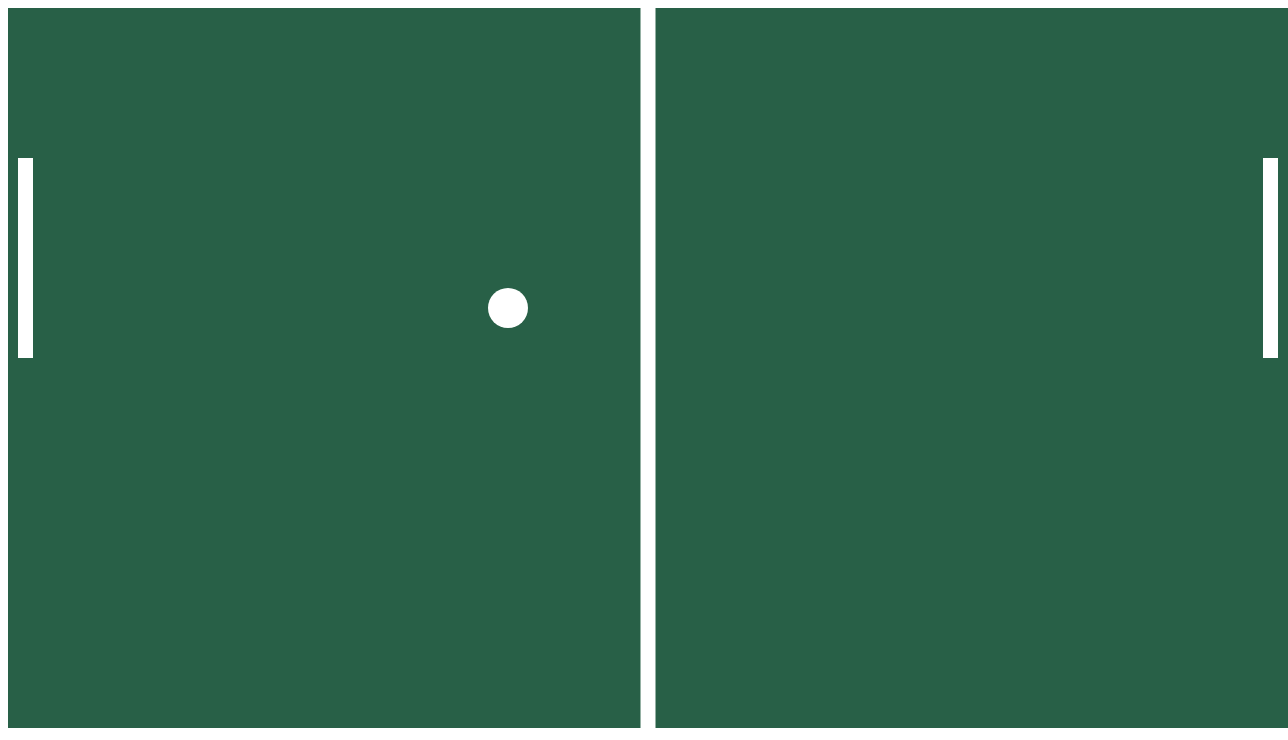
Repository: AkirahCarvalho/ping_pong
Page: index.html
An editor plug-in stored every save of this project. The page is shown before and after a run of saves, followed by the edit.
The browser window is 1280 px wide. The page is 1288 px wide, then 1280 px, then 1288 px, so the pictures cover 1288 px, including what lies to the right of the window. The pictures show the whole page.

Above is the page before, as saved 2024-03-26 16:32:16.

After the next 2 saves:
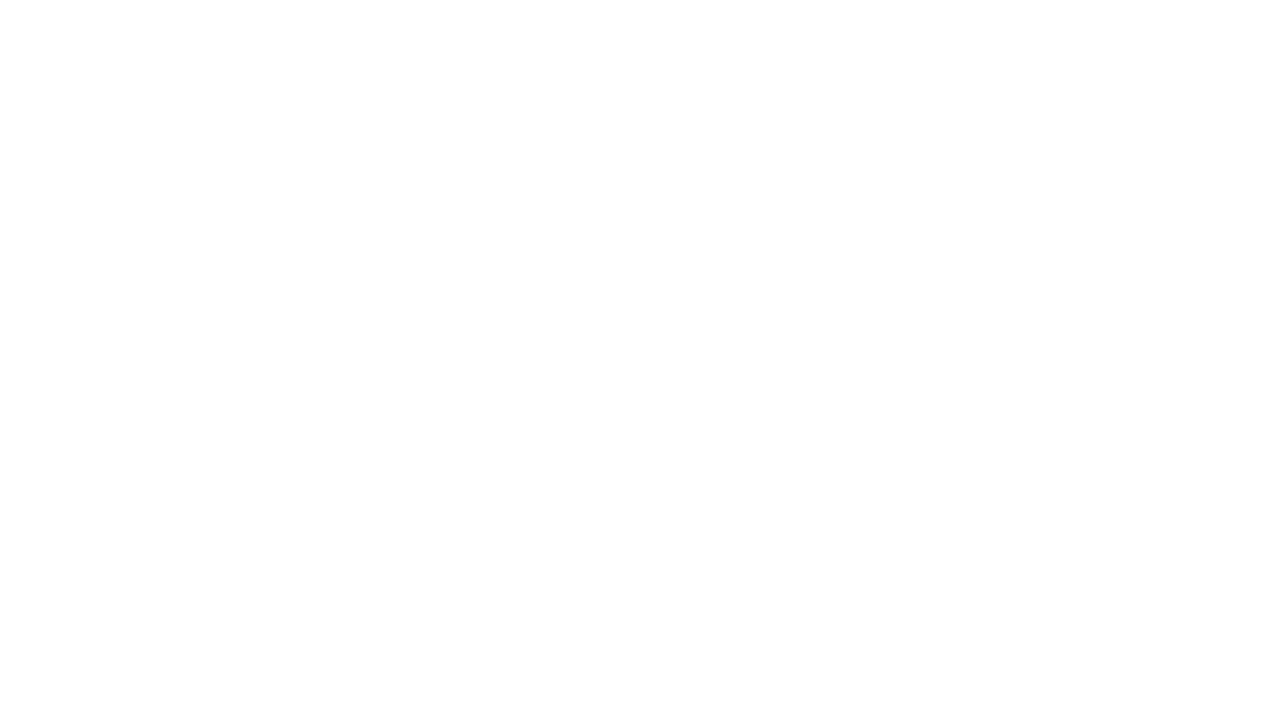
Console error: SyntaxError: Unexpected token '}'
The 2 saves are shown as one change because they came seconds apart.
The last was saved 5 s later.
--- a/index.html
+++ b/index.html
@@ -47,7 +47,7 @@
             canvasCtx.font="bold 72px Arial"
             canvasCtx.textAlign="center"
             canvasCtx.textBaseline="top"
-            canvasCtx.fil
+            canvasCtx.fillStyle=
         }
 
         setup()

After the 2 saves that followed:
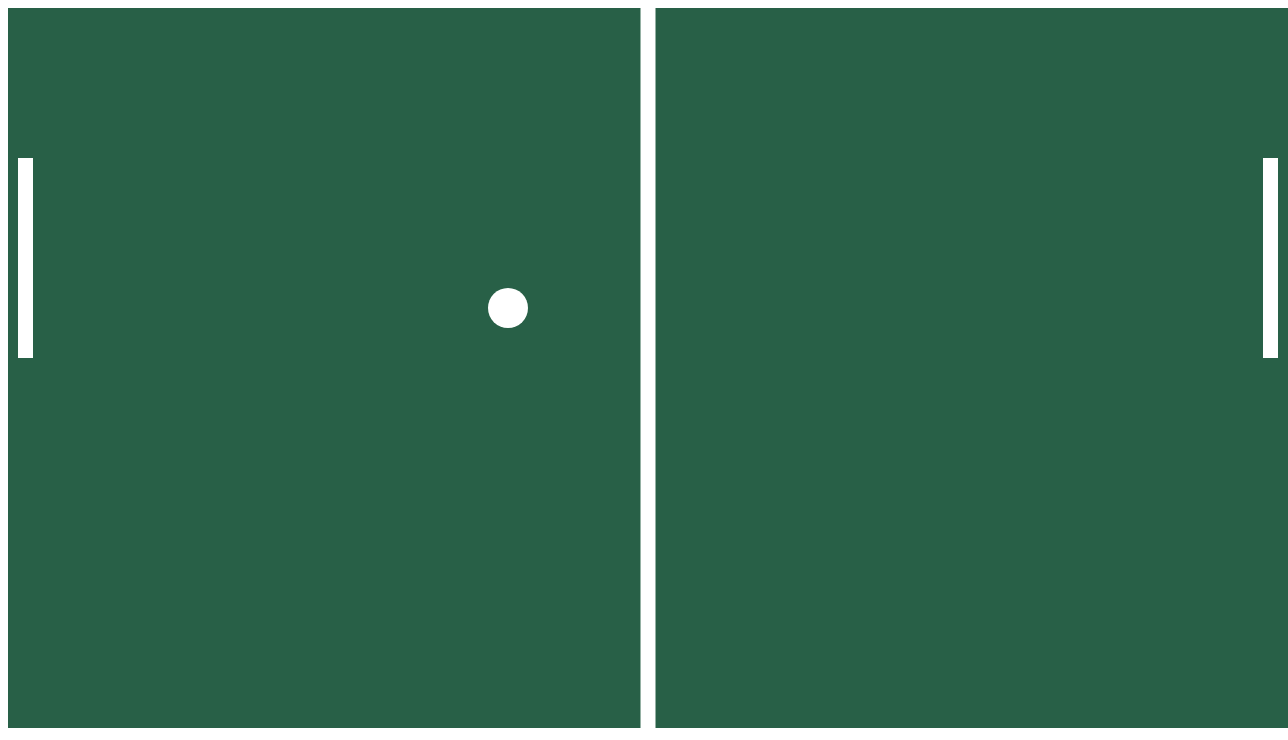
The error is gone.
The 2 saves are shown as one change because they came seconds apart.
The last was saved 8 s later.
--- a/index.html
+++ b/index.html
@@ -47,7 +47,7 @@
             canvasCtx.font="bold 72px Arial"
             canvasCtx.textAlign="center"
             canvasCtx.textBaseline="top"
-            canvasCtx.fillStyle=
+            canvasCtx.fillStyle="#0"
         }
 
         setup()
